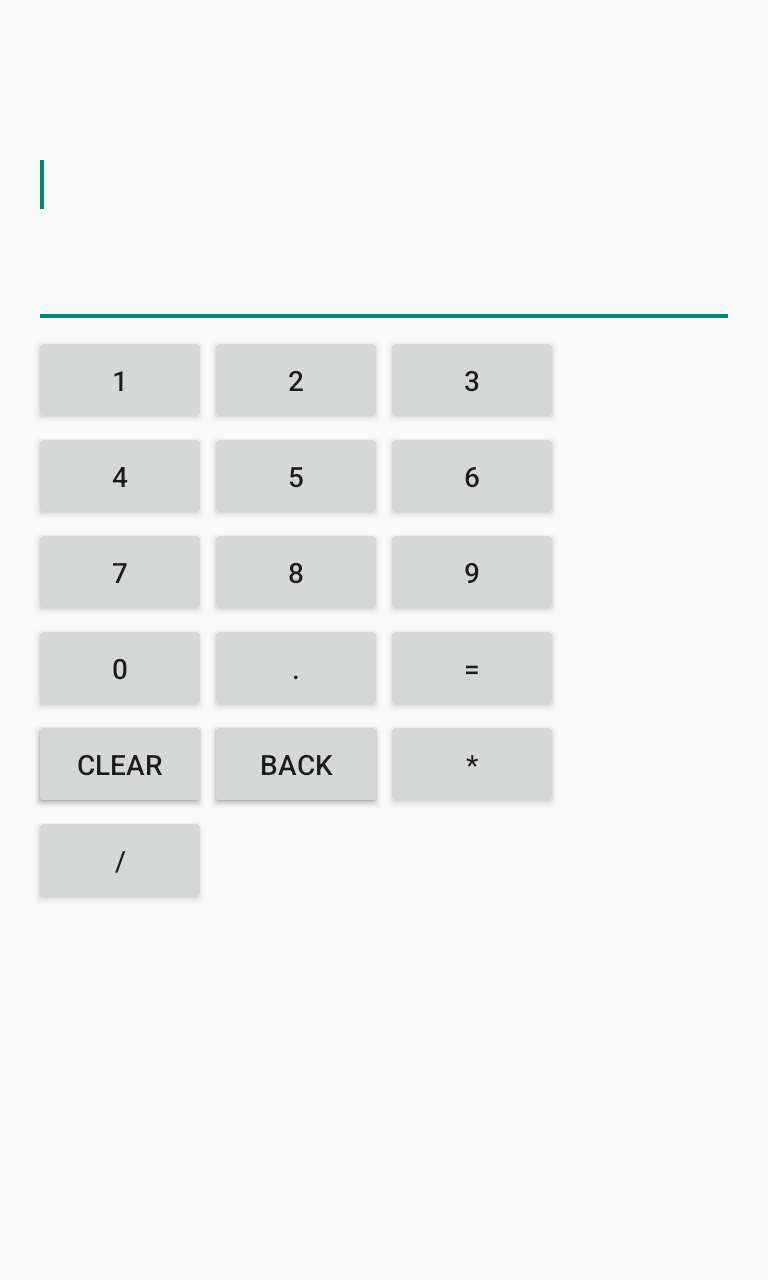
Repository: toa5/CS-399-Project-1
Layout: Calculator/res/layout/activity_calculator.xml
An editor plug-in stored every save of this project. The layout is shown before and after the next save, followed by the edit.
It is drawn on a 768 x 1280 px phone screen (xhdpi) without system bars, with theme AppTheme; the app's code is not run.

Above is the layout before, as saved 2015-09-27 08:14:05.

After the next save:
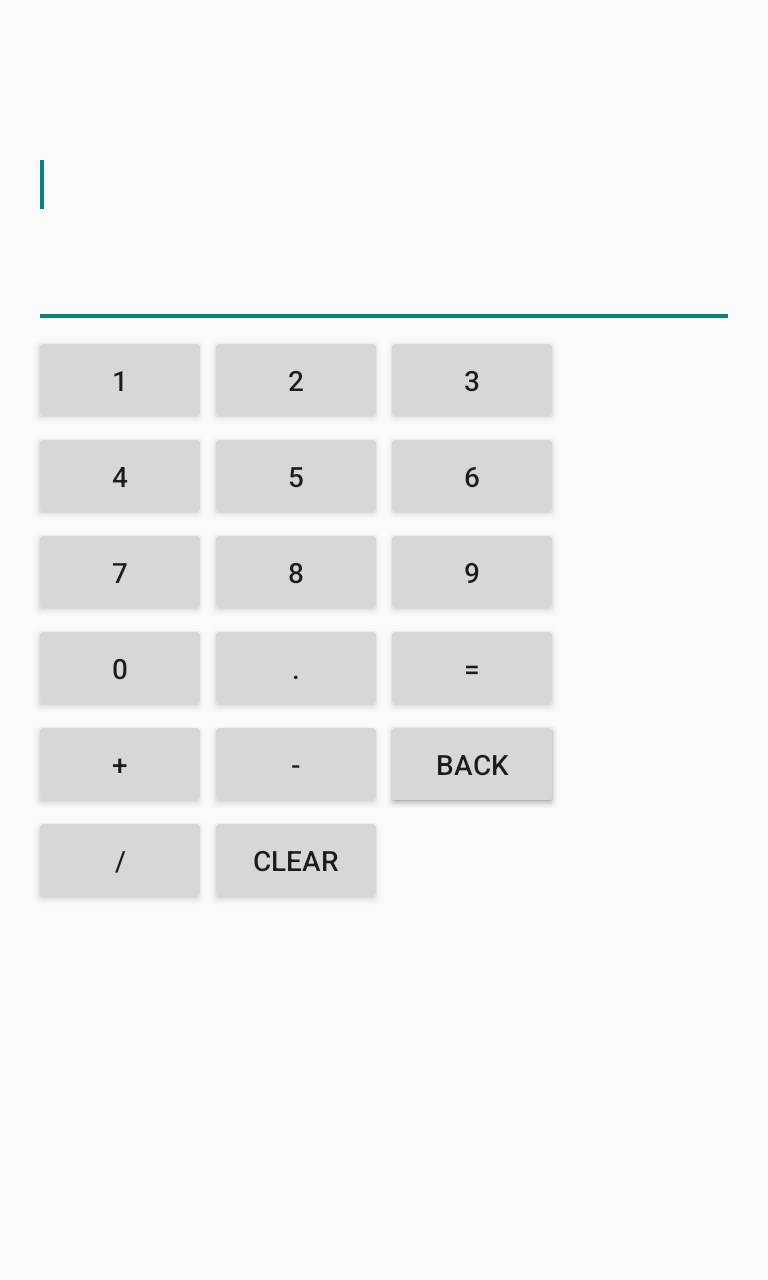
Saved 91 s later.
--- a/Calculator/res/layout/activity_calculator.xml
+++ b/Calculator/res/layout/activity_calculator.xml
@@ -168,9 +168,9 @@
         android1:id="@+id/buttonClear"
         android1:layout_width="wrap_content"
         android1:layout_height="wrap_content"
-        android1:layout_below="@+id/button0"
-        android1:layout_alignStart="@+id/button1"
-        android1:layout_alignLeft="@+id/button1"
+        android1:layout_below="@+id/buttonMinus"
+        android1:layout_toRightOf="@+id/buttonDivide"
+        android1:layout_toEndOf="@+id/buttonDivide"
         android1:text="@string/clear" />
 
     <Button
